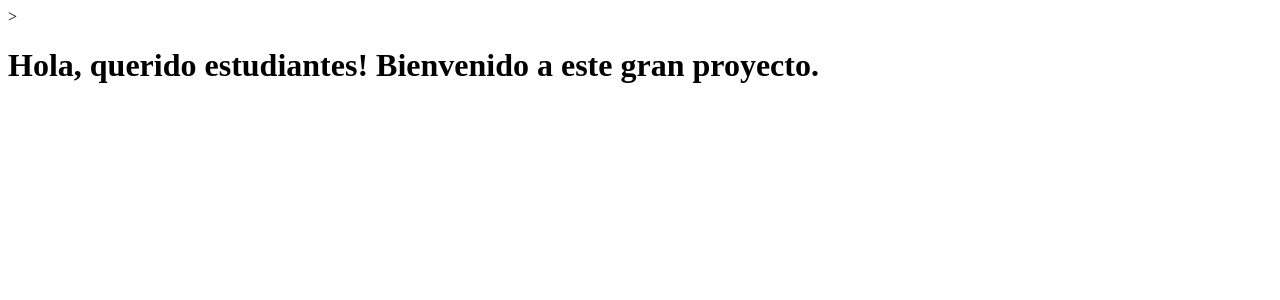
Repository: WDRB1495/MyNewWeb
Page: web.html
These files come from the project's save history. The page is drawn as it stood at one moment and after the next save; the edit follows.
The browser window is 1280 px wide. The pictures show the whole page.

Above is the page before, as saved 2024-04-20 21:35:05.

After the next save:
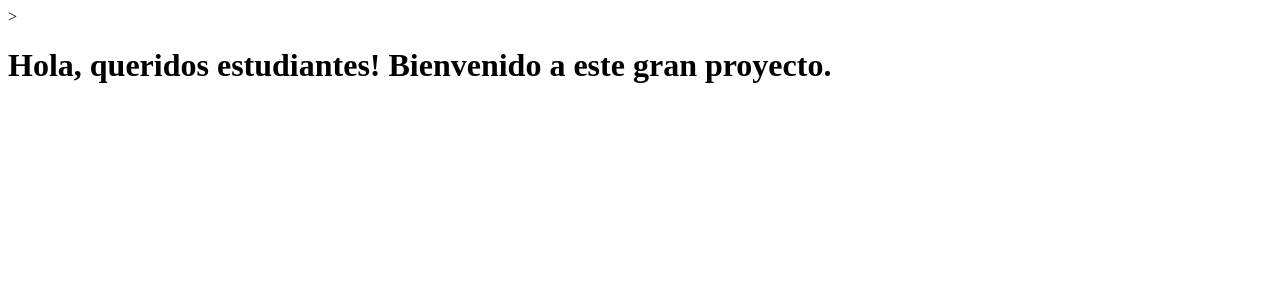
Saved 112 s later.
--- a/web.html
+++ b/web.html
@@ -6,7 +6,7 @@
     <body>
         <div>
             <h1>
-                Hola, querido estudiantes! Bienvenido a este gran proyecto.
+                Hola, queridos estudiantes! Bienvenido a este gran proyecto.
             </h1>
         </div>
     </body>
